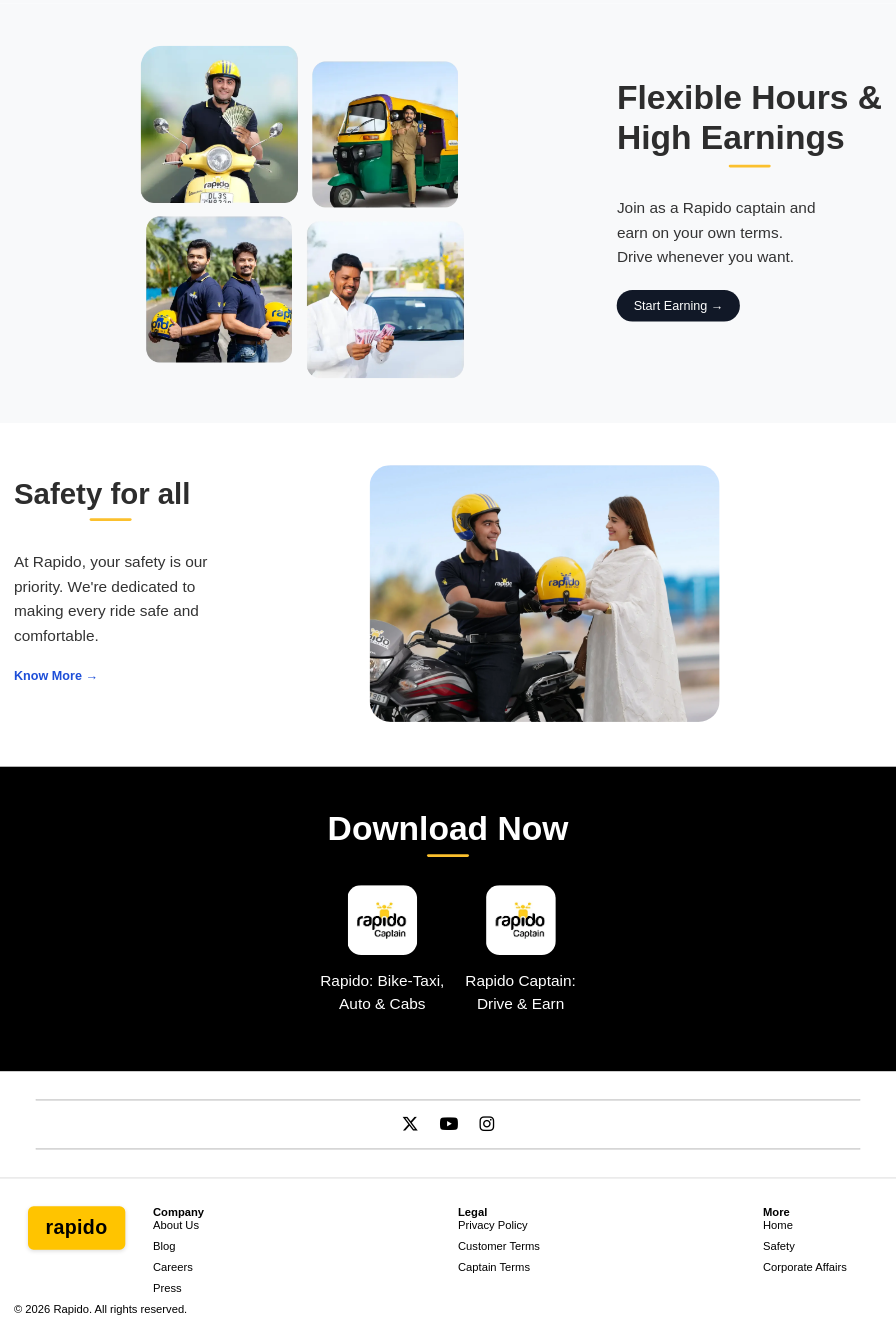
Repository: Rahul70079/Rapido-Clone---Bike-Taxi-App-UI
Page: index.html
These files come from the project's save history. The page is drawn as it stood at one moment and after the next save; the edit follows.
The browser window is 1280 px wide. The pictures show the part of the page from y = 1985 to 3905 px (the page is 3905 px tall before and 3895 px after), at 70% of full size.

Above is the page before, as saved 2026-03-09 20:47:26.

### index.html
<!DOCTYPE html>
<html lang="en">
<head>
  <meta charset="UTF-8" />
  <meta name="viewport" content="width=device-width, initial-scale=1.0" />
  <title>Rapido Navbar</title>
  <link rel="stylesheet" href="styles.css" />
  <link
    rel="stylesheet"
    href="https://cdnjs.cloudflare.com/ajax/libs/font-awesome/6.5.0/css/all.min.css"
    integrity="sha512-Avb2QiuDEEvB4bZJYdft2mNjVShBftLdPG8FJ0V7irTLQ8Uo0qcPxh4Plq7G5tGm0rU+1SPhVotteLpBERwTkw=="
    crossorigin="anonymous"
    referrerpolicy="no-referrer"
  />
</head>
<body>
  <nav class="navbar">
    <div class="logo">rapido</div>
    <div class="menu-toggle" id="mobile-menu">
      <span class="bar"></span>
      <span class="bar"></span>
      <span class="bar"></span>
    </div>
    <ul class="nav-links" id="nav-links">
      <li><a href="#">About Us</a></li>
      <li><a href="#">Safety</a></li>
      <li><a href="#">Blog</a></li>
      <li><a href="#">Contact Us</a></li>
    </ul>
  </nav>

  <section class="booking-section">
    <div class="overlay">
      <h1>Bharat Moves On Rapido!</h1>
      <div class="form-group">
        <div class="input-wrapper">
          <i class="fas fa-map-marker-alt"></i>
          <input type="text" placeholder="Enter Pickup Location" />
        </div>
        <div class="input-wrapper">
          <i class="fas fa-location-dot"></i>
          <input type="text" placeholder="Enter Drop Location" />
        </div>
        <button class="book-btn">Book Ride</button>
      </div>
    </div>
  </section>

  <section class="services">
    <div class="services-header">
      <h2>Our Services</h2>
      <div class="underline"></div>
    </div>

    <div class="services-grid">
      <div class="service-item">
        <div class="service-icon"><img src="Bike.jpg" alt="Bike" /></div>
        <p>Bike</p>
      </div>
      <div class="service-item">
        <div class="service-icon"><img src="auto.jpg" alt="Auto" /></div>
        <p>Auto</p>
      </div>
      <div class="service-item">
        <div class="service-icon"><img src="autoshare.jpg" alt="Auto Share" /></div>
        <p>Auto Share</p>
      </div>
      <div class="service-item">
        <div class="service-icon"><img src="parcel.jpg" alt="Parcel" /></div>
        <p>Parcel</p>
      </div>
      <div class="service-item">
        <div class="service-icon"><img src="cabeconomy.jpg" alt="Cab Economy" /></div>
        <p>Cab Economy</p>
      </div>
      <div class="service-item">
        <div class="service-icon"><img src="cabpremium.jpg" alt="Cab Premium" /></div>
        <p>Cab Premium</p>
      </div>
    </div>
  </section>

  <section class="ride-section">
    <div class="ride-content">
      <h2>Get Quick Rides,<br>Low Fares</h2>
      <div class="underline"></div>
      <p>
        In Rapido we ensure our<br />
        customers get rides quickly<br />
        at the most affordable prices.
      </p>
      <a href="#" class="ride-button">Book a ride →</a>
    </div>

    <div class="ride-image">
      <img src="s1.jpg" alt="Ride options" />
    </div>
  </section>

  <section class="earn-section">
    <div class="earn-image">
      <img src="p1.jpg" alt="Rapido captains earning" />
    </div>

    <div class="earn-content">
      <h2>Flexible Hours &<br>High Earnings</h2>
      <div class="underline"></div>
      <p>
        Join as a Rapido captain and<br />
        earn on your own terms.<br />
        Drive whenever you want.
      </p>
      <a href="#" class="earn-button">Start Earning →</a>
    </div>
  </section>

  <section class="safety-section">
    <div class="safety-content">
      <h2>Safety for all</h2>
      <div class="underline"></div>
      <p>
        At Rapido, your safety is our<br>
        priority. We're dedicated to<br>
        making every ride safe and<br>
        comfortable.
      </p>
      <a href="#" class="know-more">Know More →</a>
    </div>

    <div class="safety-image">
      <img src="safety.jpg" alt="Rapido Safety Helmet Hand-off" />
    </div>
  </section>

  <section class="download-section">
    <h2>Download Now</h2>
    <div class="underline"></div>

    <div class="app-options">
      <div class="app-block">
        <img src="rapidocaptain.jpg" alt="Rapido App" class="app-icon" />
        <p>Rapido: Bike-Taxi,<br />Auto & Cabs</p>
      </div>

      <div class="app-block">
        <img src="rapidocaptain.jpg" alt="Rapido Captain App" class="app-icon" />
        <p>Rapido Captain:<br />Drive & Earn</p>
      </div>
    </div>
  </section>

  <section class="social-icons">
    <hr />
    <div class="icons">
      <a href="#" target="_blank"><i class="fab fa-x-twitter"></i></a>
      <a href="#" target="_blank"><i class="fab fa-youtube"></i></a>
      <a href="#" target="_blank"><i class="fab fa-instagram"></i></a>
    </div>
    <hr />
  </section>
<footer class="footer">
  <div class="footer-container">

    <div class="rapido-logo">rapido</div>

    <div class="footer-links">

      <div class="footer-column">
        <h4>Company</h4>
        <ul>
          <li><a href="#">About Us</a></li>
          <li><a href="#">Blog</a></li>
          <li><a href="#">Careers</a></li>
          <li><a href="#">Press</a></li>
        </ul>
      </div>

      <div class="footer-column">
        <h4>Legal</h4>
        <ul>
          <li><a href="#">Privacy Policy</a></li>
          <li><a href="#">Customer Terms</a></li>
          <li><a href="#">Captain Terms</a></li>
        </ul>
      </div>

      <div class="footer-column">
        <h4>More</h4>
        <ul>
          <li><a href="#">Home</a></li>
          <li><a href="#">Safety</a></li>
          <li><a href="#">Corporate Affairs</a></li>
        </ul>
      </div>

    </div>
  </div>

  <div class="footer-bottom">
    <p>© 2026 Rapido. All rights reserved.</p>
  </div>

</footer>

  <script>

    document.getElementById('mobile-menu').addEventListener('click', function() {
      const navLinks = document.getElementById('nav-links');
      navLinks.classList.toggle('active');
      this.classList.toggle('active');
    });
  </script>
</body>
</html>

### styles.css
/* Reset some basic styles */
* {
    margin: 0;
    padding: 0;
    box-sizing: border-box;
  }

  body {
    font-family: Arial, sans-serif;
  }

  .navbar {
    display: flex;
    justify-content: space-between;
    align-items: center;
    padding: 20px 40px;
    position: relative;
  }

  .logo {
    background-color: #ffca28; /* Yellow */
    padding: 15px 30px;
    border-radius: 15px;
    font-weight: bold;
    font-size: 36px;
    color: black;
  }

  .menu-toggle {
    display: none;
    cursor: pointer;
    flex-direction: column;
    justify-content: space-between;
    width: 30px;
    height: 21px;
  }

  .menu-toggle .bar {
    height: 3px;
    width: 100%;
    background-color: black;
    border-radius: 10px;
    transition: all 0.3s ease;
  }

  .nav-links {
    list-style: none;
    display: flex;
    gap: 40px;
  }

  .nav-links li a {
    text-decoration: none;
    color: black;
    font-size: 18px;
    transition: color 0.3s ease;
  }

  .nav-links li a:hover {
    color: #ffca28;
  }

  /* Booking Section */
  .booking-section {
    background: url('https://rapido.bike/images/hero-bg.jpg') no-repeat center center;
    background-size: cover;
    min-height: 100vh;
    display: flex;
    justify-content: center;
    align-items: center;
    padding: 20px;
  }

  .overlay {
    text-align: center;
    background: rgba(255, 255, 255, 0.9);
    padding: 30px;
    border-radius: 10px;
    width: 100%;
    max-width: 800px;
  }

  .overlay h1 {
    font-size: clamp(32px, 5vw, 48px);
    font-weight: 800;
    margin-bottom: 30px;
    color: #222;
  }

  .form-group {
    display: flex;
    flex-direction: column;
    gap: 20px;
    align-items: center;
  }

  .input-wrapper {
    position: relative;
    width: 100%;
    max-width: 500px;
  }

  .input-wrapper i {
    position: absolute;
    left: 20px;
    top: 50%;
    transform: translateY(-50%);
    color: #555;
    font-size: 20px;
  }

  .input-wrapper input {
    width: 100%;
    padding: 15px 15px 15px 50px;
    border: 2px solid #ddd;
    border-radius: 15px;
    font-size: 16px;
    outline: none;
  }

  .book-btn {
    background-color: #ffc107;
    color: black;
    font-size: 20px;
    font-weight: bold;
    border: none;
    padding: 15px 40px;
    border-radius: 15px;
    cursor: pointer;
    transition: background 0.3s ease;
    width: 100%;
    max-width: 500px;
  }

  .book-btn:hover {
    background-color: #ffb300;
  }

  /* Services Section */
  .services {
    padding: 60px 20px;
    background-color: #fff;
  }

  .services-header {
    text-align: center;
    margin-bottom: 40px;
  }

  .services-header h2 {
    font-size: clamp(32px, 5vw, 48px);
    font-weight: bold;
    color: #333;
    margin-bottom: 10px;
  }

  .underline {
    width: 60px;
    height: 4px;
    background-color: #fbc02d;
    border-radius: 2px;
    margin: 0 auto 40px;
  }

  .services-grid {
    display: grid;
    grid-template-columns: repeat(auto-fit, minmax(150px, 1fr));
    gap: 30px;
    max-width: 1000px;
    margin: 0 auto;
  }

  .service-item {
    display: flex;
    flex-direction: column;
    align-items: center;
  }

  .service-icon {
    background-color: #f7f8fa;
    padding: 20px;
    border-radius: 30px;
    width: 150px;
    height: 120px;
    display: flex;
    justify-content: center;
    align-items: center;
    margin-bottom: 10px;
  }

  .service-icon img {
    width: 80px;
    height: auto;
    object-fit: contain;
  }

  .service-item p {
    font-size: 18px;
    font-weight: 500;
    color: #333;
    margin: 0;
    text-align: center;
  }

  /* Ride Section */
  .ride-section {
    display: flex;
    justify-content: space-between;
    align-items: center;
    background-color: #f8f9fa;
    padding: 60px 20px;
    flex-wrap: wrap;
  }

  .ride-content {
    max-width: 500px;
    margin-bottom: 40px;
  }

  .ride-content h2 {
    font-size: clamp(32px, 5vw, 48px);
    font-weight: 800;
    color: #2d2d2d;
    margin-bottom: 10px;
    line-height: 1.2;
  }

  .ride-content p {
    font-size: clamp(16px, 3vw, 22px);
    color: #333;
    line-height: 1.6;
    margin-bottom: 30px;
  }

  .ride-button {
    background-color: #111827;
    color: white;
    font-size: 18px;
    padding: 12px 24px;
    border-radius: 50px;
    text-decoration: none;
    display: inline-block;
    transition: background-color 0.3s ease;
  }

  .ride-button:hover {
    background-color: #000;
  }

  .ride-image {
    flex: 1;
    min-width: 300px;
    max-width: 500px;
    margin: 0 auto;
  }

  .ride-image img {
    width: 100%;
    height: auto;
    border-radius: 30px;
  }

  /* Earn Section */
  .earn-section {
    display: flex;
    justify-content: space-between;
    align-items: center;
    background-color: #f8f9fa;
    padding: 60px 20px;
    flex-wrap: wrap-reverse;
  }

  .earn-image {
    flex: 1;
    min-width: 300px;
    max-width: 500px;
    margin: 0 auto;
  }

  .earn-image img {
    width: 100%;
    height: auto;
    border-radius: 30px;
  }

  .earn-content {
    max-width: 500px;
    margin-bottom: 40px;
  }

  .earn-content h2 {
    font-size: clamp(32px, 5vw, 48px);
    font-weight: 800;
    color: #2d2d2d;
    margin-bottom: 10px;
    line-height: 1.2;
  }

  .earn-content p {
    font-size: clamp(16px, 3vw, 22px);
    color: #333;
    line-height: 1.6;
    margin-bottom: 30px;
  }

  .earn-button {
    background-color: #111827;
    color: white;
    font-size: 18px;
    padding: 12px 24px;
    border-radius: 50px;
    text-decoration: none;
    display: inline-block;
    transition: background-color 0.3s ease;
  }

  .earn-button:hover {
    background-color: #000;
  }

  /* Safety Section */
  .safety-section {
    display: flex;
    justify-content: space-between;
    align-items: center;
    background-color: #ffffff;
    padding: 60px 20px;
    flex-wrap: wrap;
  }

  .safety-content {
    max-width: 500px;
    margin-bottom: 40px;
  }

  .safety-content h2 {
    font-size: clamp(32px, 5vw, 42px);
    font-weight: 800;
    color: #2d2d2d;
    margin-bottom: 10px;
  }

  .safety-content p {
    font-size: clamp(16px, 3vw, 22px);
    color: #333;
    line-height: 1.6;
    margin-bottom: 30px;
  }

  .know-more {
    color: #1d4ed8;
    font-weight: 700;
    font-size: 18px;
    text-decoration: none;
  }

  .know-more:hover {
    text-decoration: underline;
  }

  .safety-image {
    flex: 1;
    min-width: 300px;
    max-width: 500px;
    margin: 0 auto;
  }

  .safety-image img {
    width: 100%;
    border-radius: 30px;
  }

  /* Download Section */
  .download-section {
    background-color: #000;
    color: white;
    text-align: center;
    padding: 60px 20px;
  }

  .download-section h2 {
    font-size: clamp(32px, 5vw, 48px);
    font-weight: bold;
    margin-bottom: 10px;
  }

  .download-section .underline {
    background-color: #fbc02d;
    margin: 0 auto 40px;
  }

  .app-options {
    display: flex;
    justify-content: center;
    gap: 30px;
    flex-wrap: wrap;
  }

  .app-block {
    display: flex;
    flex-direction: column;
    align-items: center;
    margin-bottom: 20px;
  }

  .app-icon {
    width: 100px;
    height: 100px;
    margin-bottom: 20px;
    border-radius: 20px;
  }

  .app-block p {
    font-size: clamp(16px, 3vw, 22px);
    line-height: 1.5;
  }

  /* Social Icons */
  .social-icons {
    text-align: center;
    padding: 40px 20px;
  }

  .social-icons hr {
    margin: 0 auto;
    width: 95%;
    border: 1px solid #ccc;
  }

  .social-icons .icons {
    margin: 20px 0;
    display: flex;
    justify-content: center;
    gap: 30px;
    font-size: 24px;
  }

  .social-icons .icons a {
    color: black;
    transition: color 0.3s ease;
  }

  .social-icons .icons a:hover {
    color: #fbc02d;
  }

  /* Footer */
  .footer {
    background-color: #fff;
    padding: 40px 20px;
    border-top: 1px solid #ccc;
  }

  .footer-container {
    max-width: 1200px;
    margin: 0 auto;
    display: flex;
    flex-wrap: wrap;
    gap: 40px;
    align-items: flex-start;
  }

  .rapido-logo {
    background-color: #ffc400;
    color: #000;
    font-weight: bold;
    font-size: 28px;
    padding: 15px 25px;
    border-radius: 8px;
    font-family: sans-serif;
    display: inline-block;
    letter-spacing: 0.5px;
    box-shadow: 0 2px 6px rgba(0,0,0,0.15);
  }

  .footer-links {
    display: flex;
    flex: 1;
    justify-content: space-between;
    flex-wrap: wrap;
    gap: 30px;
  }

  .footer-links ul {
    list-style: none;
    padding: 0;
    min-width: 150px;
  }

  .footer-links ul li {
    margin-bottom: 12px;
  }

  .footer-links ul li a {
    text-decoration: none;
    color: #000;
    font-size: 16px;
    transition: color 0.3s ease;
  }

  .footer-links ul li a:hover {
    color: #fbc02d;
  }

  /* Responsive Styles */
  @media (max-width: 768px) {
    .navbar {
      padding: 15px 20px;
    }

    .logo {
      padding: 10px 20px;
      font-size: 28px;
    }

    .menu-toggle {
      display: flex;
    }

    .nav-links {
      position: absolute;
      top: 80px;
      left: 0;
      width: 100%;
      background-color: white;
      flex-direction: column;
      align-items: center;
      padding: 20px 0;
      gap: 20px;
      box-shadow: 0 5px 10px rgba(0,0,0,0.1);
      transform: translateY(-150%);
      transition: transform 0.3s ease;
      z-index: 100;
    }

    .nav-links.active {
      transform: translateY(0);
    }

    .menu-toggle.active .bar:nth-child(1) {
      transform: translateY(9px) rotate(45deg);
    }

    .menu-toggle.active .bar:nth-child(2) {
      opacity: 0;
    }

    .menu-toggle.active .bar:nth-child(3) {
      transform: translateY(-9px) rotate(-45deg);
    }

    .services-grid {
      grid-template-columns: repeat(2, 1fr);
    }

    .ride-section, .earn-section, .safety-section {
      flex-direction: column;
      text-align: center;
    }

    .ride-content, .earn-content, .safety-content {
      margin: 0 auto 40px;
      text-align: center;
    }

    .underline {
      margin: 0 auto 30px;
    }

    .footer-links {
      flex-direction: column;
      gap: 20px;
    }
  }

  @media (max-width: 480px) {
    .services-grid {
      grid-template-columns: 1fr;
    }

    .service-item {
      margin-bottom: 20px;
    }

    .app-options {
      flex-direction: column;
      gap: 20px;
    }
  }

After the next save:
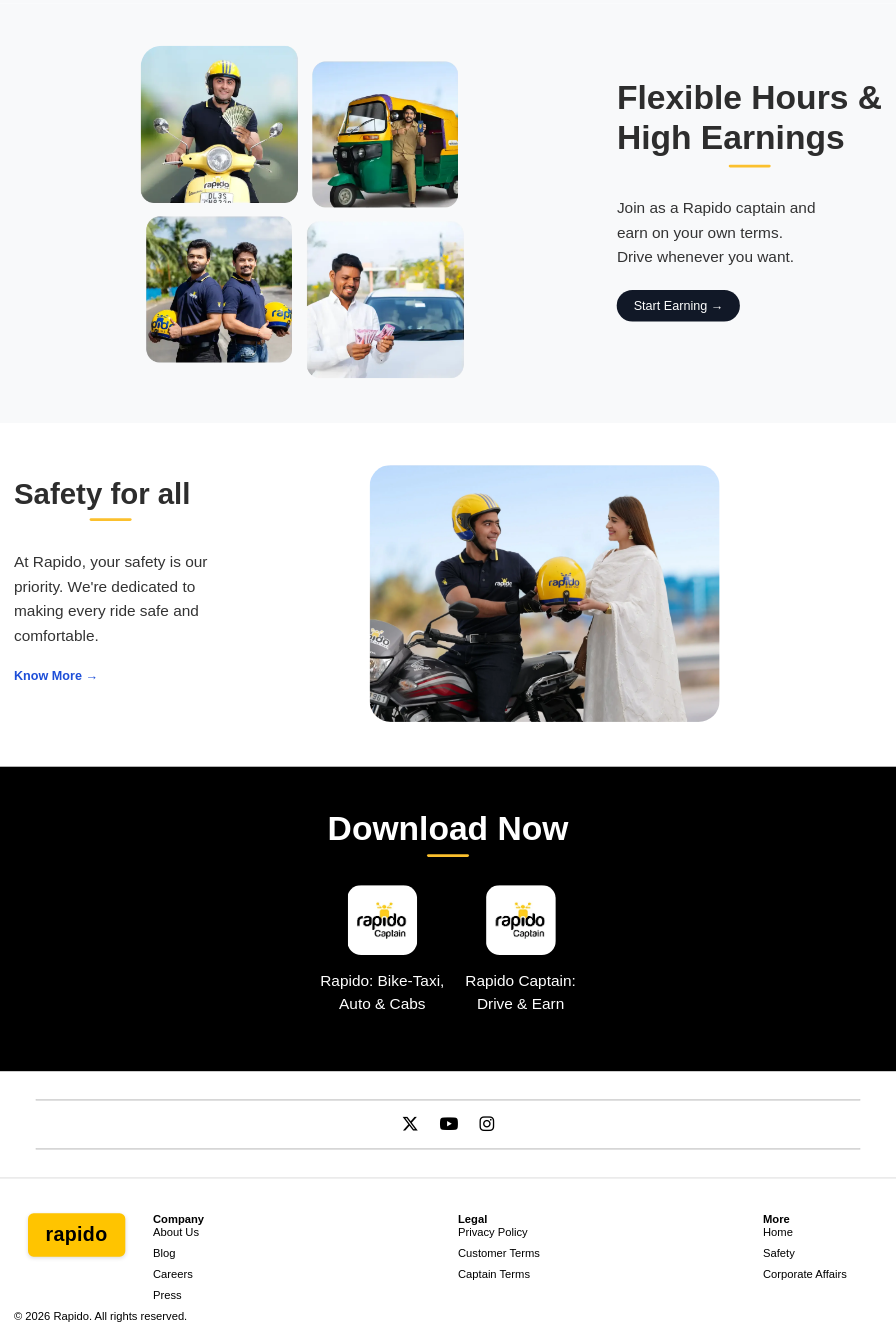
Saved 3 min 18 s later.
--- a/styles.css
+++ b/styles.css
@@ -446,9 +446,9 @@
 
   /* Footer */
   .footer {
-    background-color: #fff;
-    padding: 40px 20px;
-    border-top: 1px solid #ccc;
+     background-color: #fff;
+  padding: 50px 20px 20px;
+  border-top: 1px solid #ccc;
   }
 
   .footer-container {
